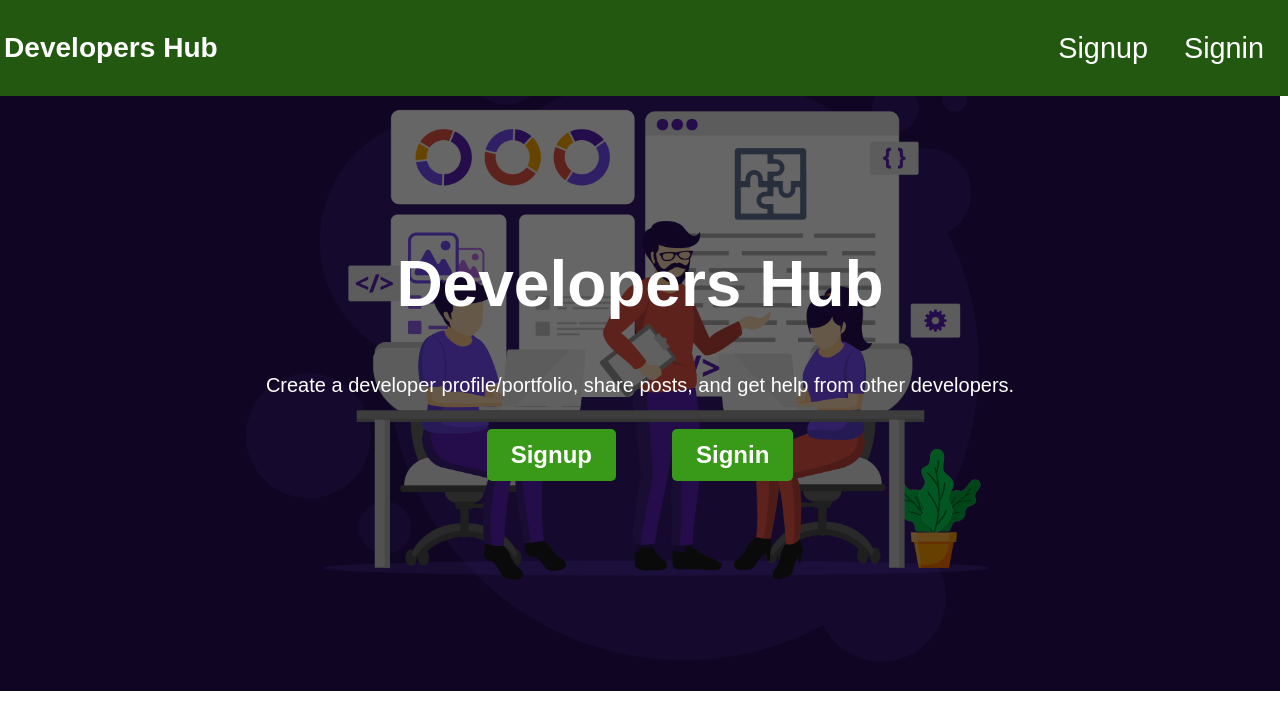
Repository: sayyad-mukthumsa-123/DevMania
Page: / (app in frontend/)
The author's editor kept a copy of each file at every save. The page is drawn from the files as they stood at one save, then again after the next save.
The browser window is 1280 px wide. The page is 1288 px wide, so the pictures cover 1288 px, including what lies to the right of the window. The pictures show the whole page.
The project was rebuilt for these pictures with package versions that can differ from the ones it lists, and the page was loaded fresh each time. Also part of the build but not shown: frontend/src/pages/login.js, frontend/src/pages/register.js, frontend/src/pages/Allprofiles.js, frontend/src/pages/MyProfile.js, frontend/src/pages/Indprofile.js.

Above is the page before, as saved 2025-02-28 23:40:31.

After the next save:
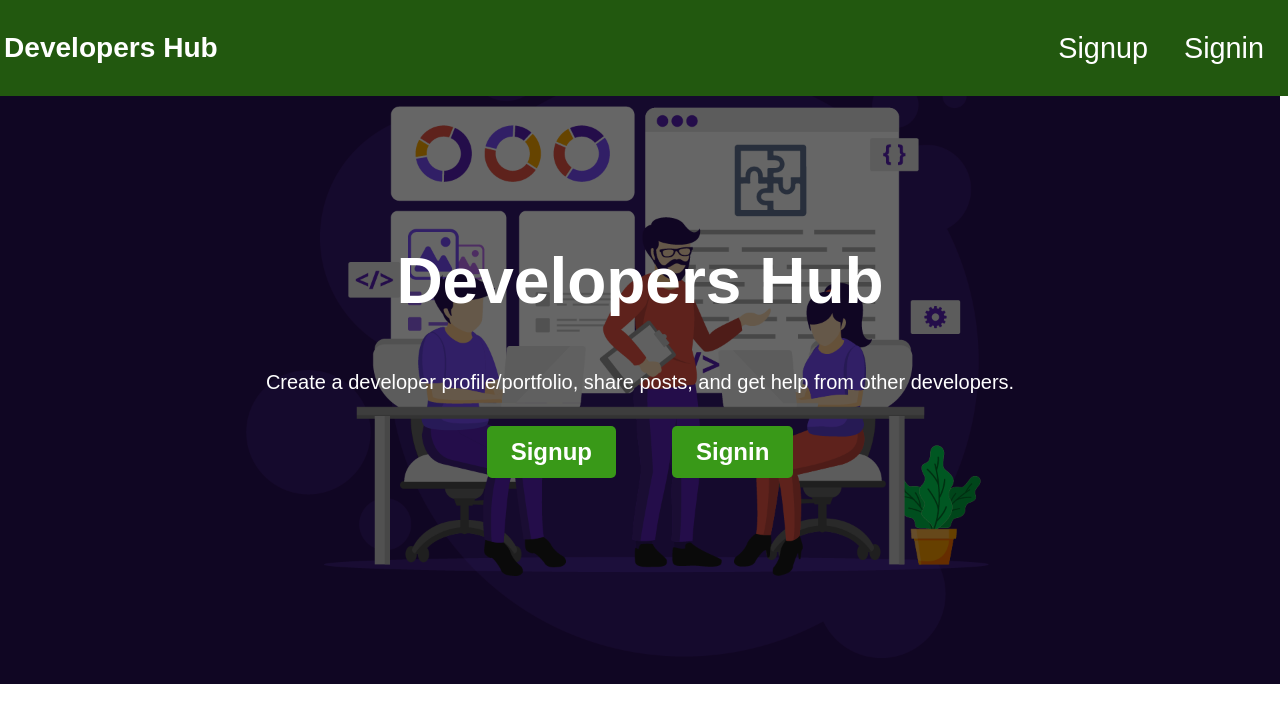
Saved 8 s later.
--- a/frontend/src/styles/styles.css
+++ b/frontend/src/styles/styles.css
@@ -104,7 +104,7 @@
 } */
 
 .landing {
-  height: 96vh;
+  height: 95vh;
   display: flex;
   align-items: center;
   justify-content: center;

After the save that followed:
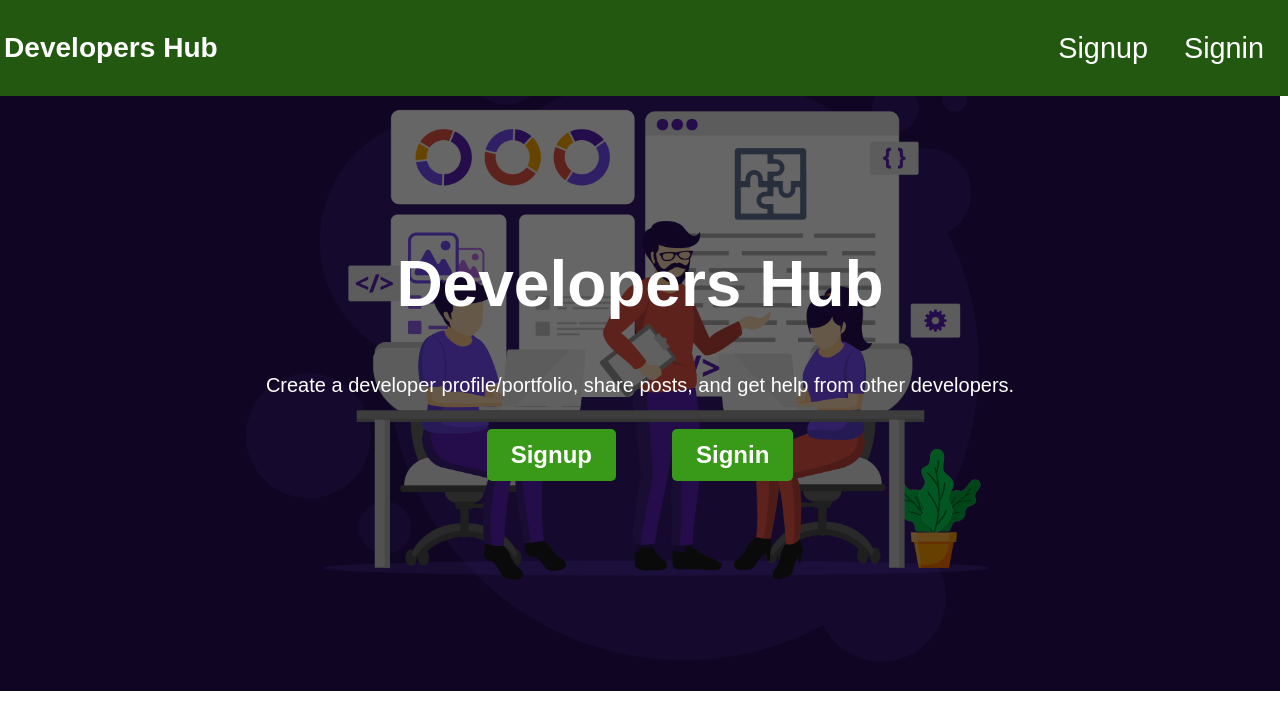
Saved 5 s later.
--- a/frontend/src/styles/styles.css
+++ b/frontend/src/styles/styles.css
@@ -104,7 +104,7 @@
 } */
 
 .landing {
-  height: 95vh;
+  height: 96vh;
   display: flex;
   align-items: center;
   justify-content: center;
